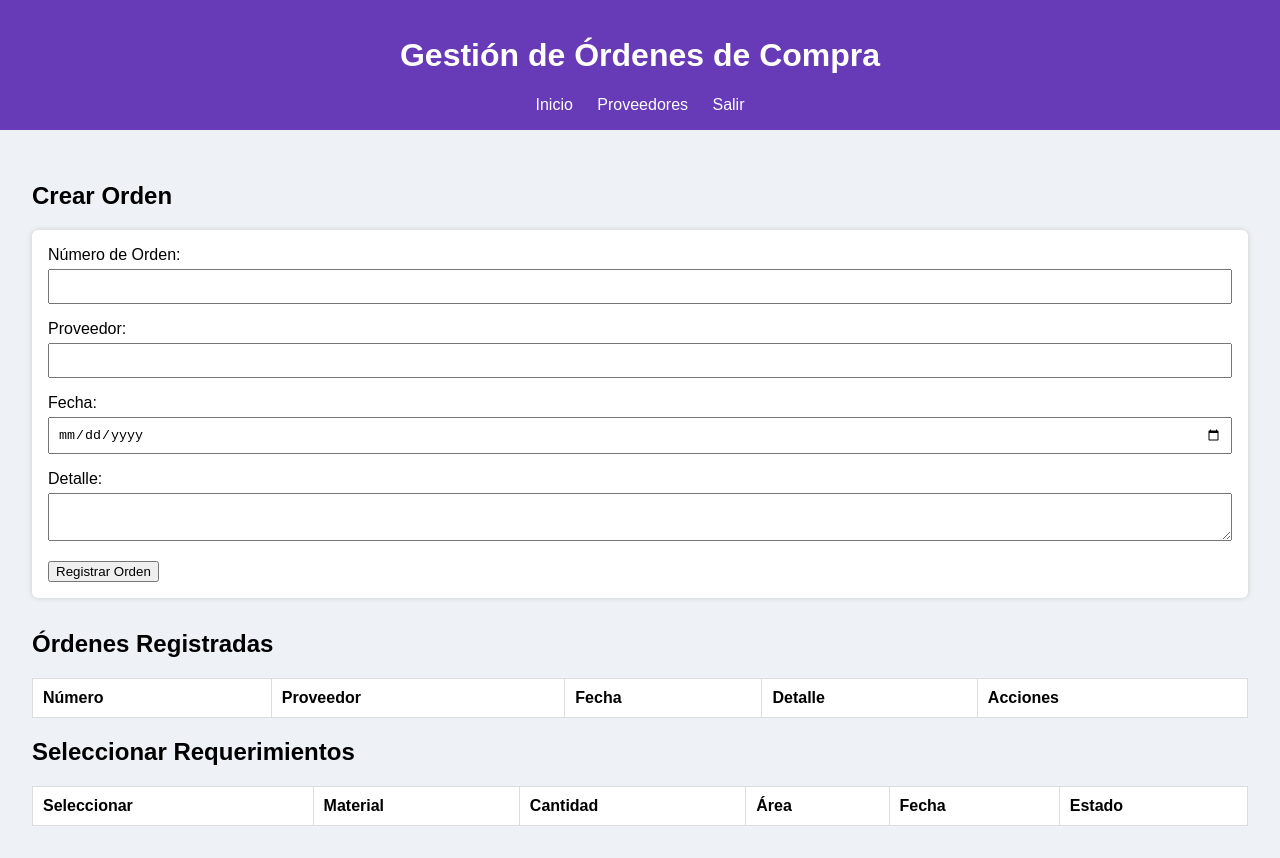
Repository: djkeviin/Mi-primera-chamba
Page: views/ordenes.html
These files come from the project's save history. The page is drawn as it stood at one moment and after the next save; the edit follows.
The browser window is 1280 px wide. The pictures show the whole page.

Above is the page before, as saved 2025-05-01 23:30:57.

### views/ordenes.html
<!DOCTYPE html>
<html lang="es">
<head>
  <meta charset="UTF-8">
  <title>Órdenes de Compra</title>
  <link rel="stylesheet" href="../css/ordenes.css">
</head>
<body>

<header>
  <h1>Gestión de Órdenes de Compra</h1>
  <nav>
    <a href="dashboard.html">Inicio</a>
    <a href="proveedores.html">Proveedores</a>
    <a href="../index.html">Salir</a>
  </nav>
</header>

<main>
  <section class="formulario">
    <h2>Crear Orden</h2>
    <form id="formOrden">
      <label>Número de Orden:
        <input type="text" id="numero" name="numero" required>
      </label>
      <label>Proveedor:
        <input type="text" id="proveedor" name="proveedor" required>
      </label>
      <label>Fecha:
        <input type="date" id="fecha" name="fecha" required>
      </label>
      <label>Detalle:
        <textarea id="detalle" name="detalle" required></textarea>
      </label>
      <button type="submit">Registrar Orden</button>
    </form>
  </section>

  <section class="lista">
    <h2>Órdenes Registradas</h2>
    <table>
      <thead>
        <tr>
          <th>Número</th>
          <th>Proveedor</th>
          <th>Fecha</th>
          <th>Detalle</th>
          <th>Acciones</th>
        </tr>
      </thead>
      <tbody id="tablaOrdenes">
        <!-- Órdenes insertadas dinámicamente -->
      </tbody>
    </table>
  </section>

  <section class="seleccion-requerimientos">
    <h2>Seleccionar Requerimientos</h2>
    <table>
      <thead>
        <tr>
          <th>Seleccionar</th>
          <th>Material</th>
          <th>Cantidad</th>
          <th>Área</th>
          <th>Fecha</th>
          <th>Estado</th>
        </tr>
      </thead>
      <tbody id="tablaRequerimientos">
        <!-- Requerimientos cargados desde localStorage -->
      </tbody>
    </table>
  </section>

</main>

<script src="../js/ordenes.js"></script>
</body>
</html>

### css/ordenes.css
body {
    font-family: sans-serif;
    background-color: #eef1f5;
    margin: 0;
  }

  header {
    background-color: #673ab7;
    color: white;
    padding: 1rem;
    text-align: center;
  }

  nav a {
    color: white;
    margin: 0 10px;
    text-decoration: none;
  }

  main {
    padding: 2rem;
  }

  form {
    background: #fff;
    padding: 1rem;
    border-radius: 6px;
    box-shadow: 0 0 5px #ccc;
    margin-bottom: 2rem;
  }

  label {
    display: block;
    margin-bottom: 1rem;
  }

  input, textarea {
    width: 100%;
    padding: 0.5rem;
    margin-top: 5px;
    box-sizing: border-box;
  }

  table {
    width: 100%;
    background: white;
    border-collapse: collapse;
  }

  th, td {
    border: 1px solid #ddd;
    padding: 10px;
    text-align: left;
  }

### js/ordenes.js
document.addEventListener("DOMContentLoaded", function () {
    // Cargar los requerimientos en la tabla
    cargarRequerimientos();

    // Manejar el envío del formulario de orden de compra
    document.getElementById("formOrden").addEventListener("submit", function (e) {
      e.preventDefault();

      const numero = document.getElementById("numero").value;
      const proveedor = document.getElementById("proveedor").value;
      const fecha = document.getElementById("fecha").value;
      const detalle = document.getElementById("detalle").value;

      const orden = {
        numero,
        proveedor,
        fecha,
        detalle,
        requerimientos: obtenerRequerimientosSeleccionados()
      };

      let ordenes = JSON.parse(localStorage.getItem("ordenes")) || [];
      ordenes.push(orden);
      localStorage.setItem("ordenes", JSON.stringify(ordenes));

      // Limpiar formulario
      this.reset();

      // Mostrar las ordenes registradas
      mostrarOrdenes();

      alert("Orden de compra registrada con éxito.");
    });
  });

  function cargarRequerimientos() {
    const requerimientos = JSON.parse(localStorage.getItem("requerimientos")) || [];
    const tablaRequerimientos = document.getElementById("tablaRequerimientos");
    tablaRequerimientos.innerHTML = "";

    requerimientos.forEach((req, index) => {
      const fila = document.createElement("tr");
      fila.innerHTML = `
        <td><input type="checkbox" data-index="${index}"></td>
        <td>${req.material}</td>
        <td>${req.cantidad}</td>
        <td>${req.area}</td>
        <td>${req.fecha}</td>
        <td>${req.estado}</td>
      `;
      tablaRequerimientos.appendChild(fila);
    });
  }

  // Obtener los requerimientos seleccionados
  function obtenerRequerimientosSeleccionados() {
    const seleccionados = [];
    const checkboxes = document.querySelectorAll("#tablaRequerimientos input[type='checkbox']:checked");
    checkboxes.forEach(checkbox => {
      const index = checkbox.getAttribute("data-index");
      const requerimientos = JSON.parse(localStorage.getItem("requerimientos"));
      seleccionados.push(requerimientos[index]);
    });
    return seleccionados;
  }

  function mostrarOrdenes() {
    const tablaOrdenes = document.getElementById("tablaOrdenes");
    tablaOrdenes.innerHTML = "";

    const ordenes = JSON.parse(localStorage.getItem("ordenes")) || [];
    ordenes.forEach(orden => {
      const fila = document.createElement("tr");
      fila.innerHTML = `
        <td>${orden.numero}</td>
        <td>${orden.proveedor}</td>
        <td>${orden.fecha}</td>
        <td>${orden.detalle}</td>
        <td>
          <button onclick="verOrden(${orden.numero})">Ver</button>
        </td>
      `;
      tablaOrdenes.appendChild(fila);
    });
  }

  function verOrden(numero) {
    // Función para ver detalles de la orden si es necesario
    alert(`Mostrando detalles de la orden: ${numero}`);
  }

After the next save:
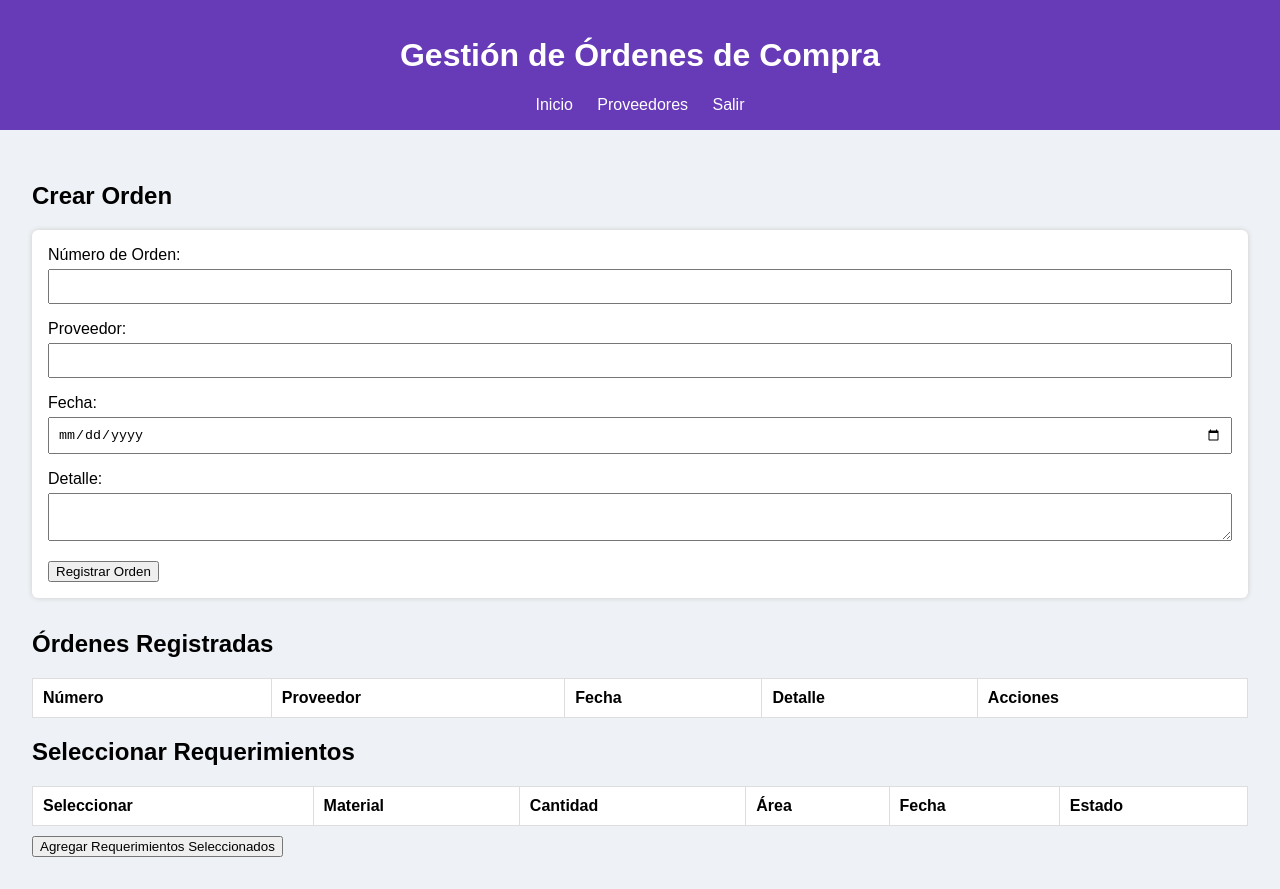
Saved 4 min 4 s later.
--- a/views/ordenes.html
+++ b/views/ordenes.html
@@ -73,6 +73,8 @@
     </table>
   </section>
 
+  <button id="btnAgregarRequerimientos" style="margin-top: 10px;">Agregar Requerimientos Seleccionados</button>
+
 </main>
 
 <script src="../js/ordenes.js"></script>
